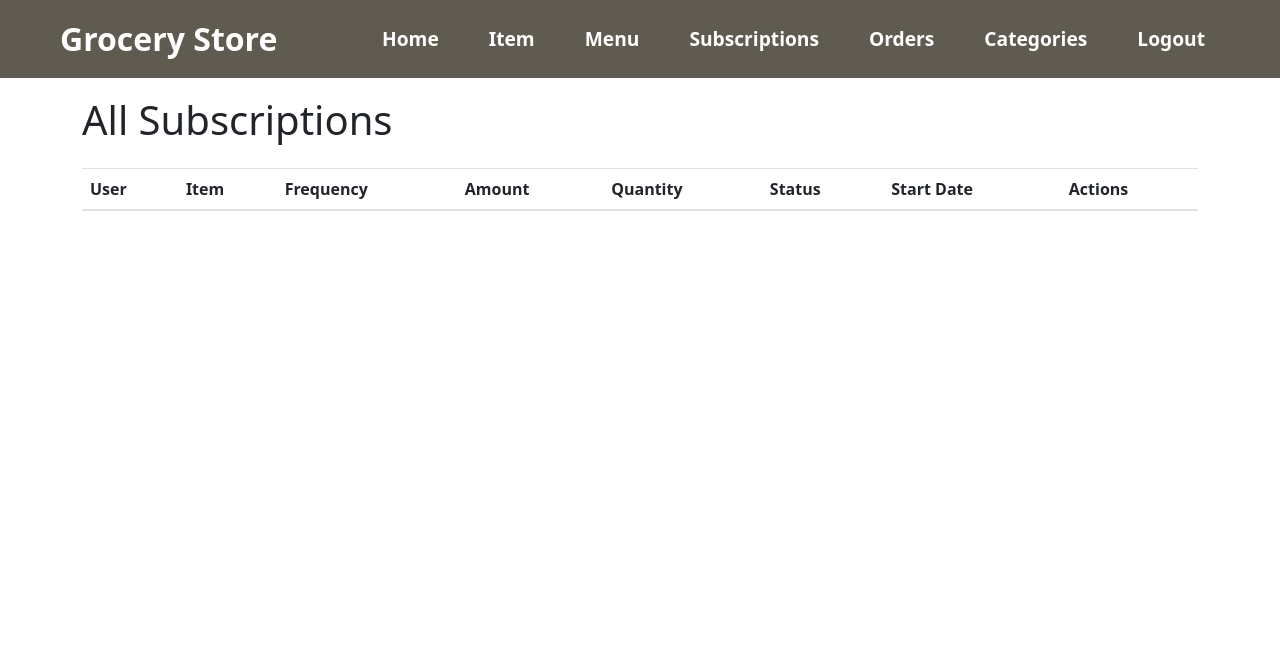
Repository: NagaMounikaY/GroceriesSubscriptionBookingManagement
Page: http://localhost/GroceriesSubBookingSystem/WEB-INF/views/sub-list.jsp
These files come from the project's save history. The page is drawn as it stood at one moment and after the next save; the edit follows.
The browser window is 1280 px wide. The pictures show the whole page.
The page is served by Tomcat 9. Nobody is signed in. The template is opened directly, without the code that normally fills it, so the values that code supplies are empty.

Above is the page before, as saved 2024-09-16 09:03:49.

After the next save:
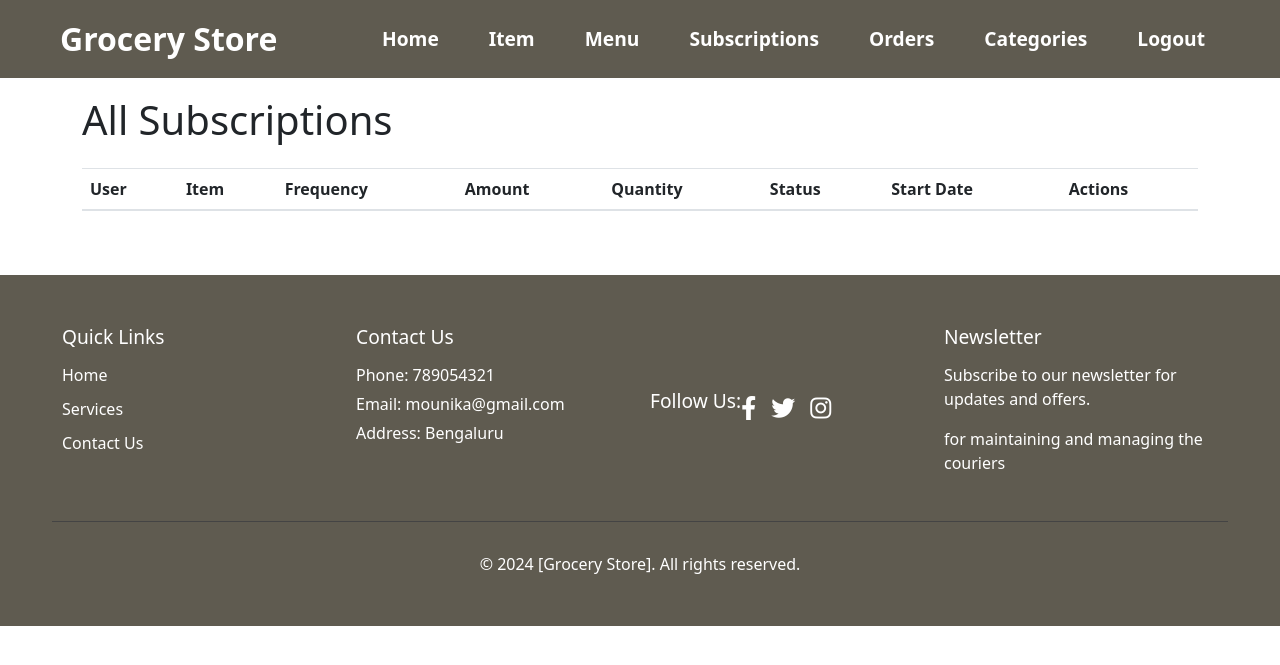
Saved 29 s later.
--- a/GroceriesSubBookingSystem/src/main/webapp/WEB-INF/views/sub-list.jsp
+++ b/GroceriesSubBookingSystem/src/main/webapp/WEB-INF/views/sub-list.jsp
@@ -78,6 +78,9 @@
         </div>
     </div>
 
+<br><br>
+    <!-- Footer Section -->
+    <jsp:include page="/footer.jsp"></jsp:include>
     <script>
         $(document).ready(function() {
             // Attach click event to all update status buttons
